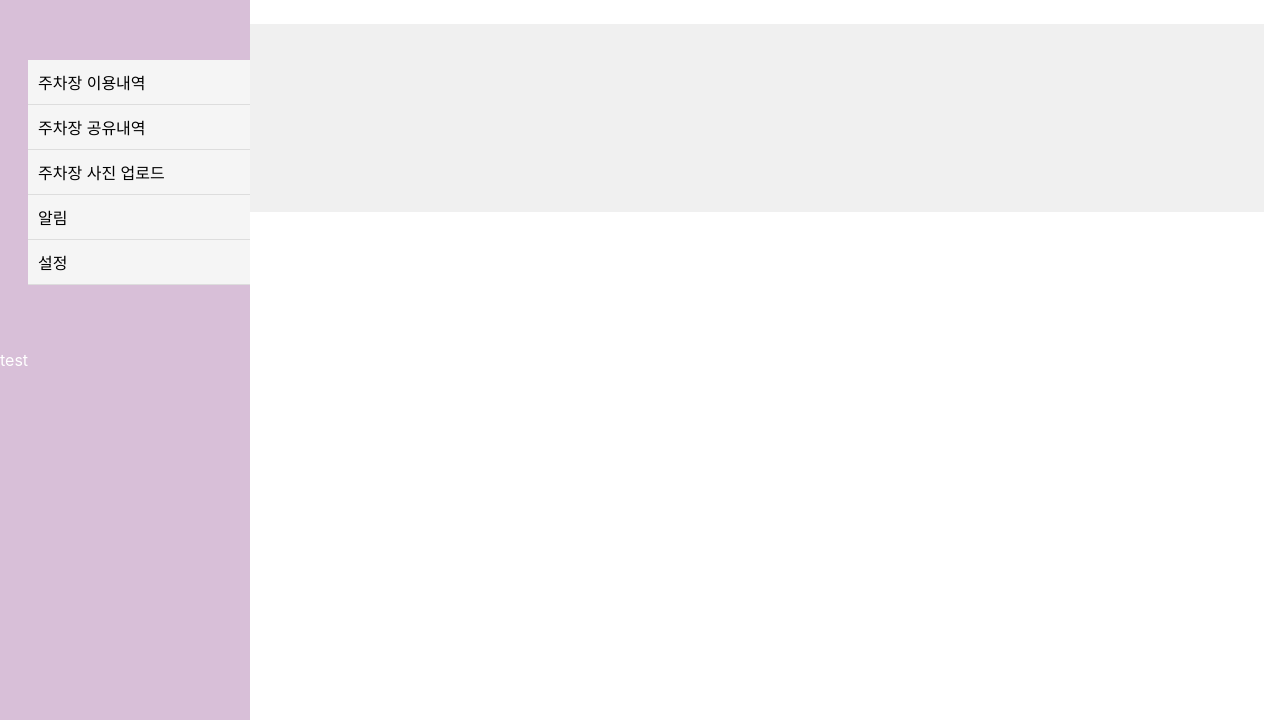
Repository: ohjjoa/reactTest
Page: /, after clicking the first element matching `img`
An editor plug-in stored every save of this project. The page is shown before and after the next save, followed by the edit.
The browser window is 1280 px wide. The pictures show the whole page.
The project was rebuilt for these pictures with package versions that can differ from the ones it lists, and the page was loaded fresh each time.

Above is the page before, as saved 2024-08-02 05:03:45.

### src/App.tsx
import { BrowserRouter as Router, Route, Routes } from 'react-router-dom';
import Home from './pages/Home';

function App() {
  return (
    <Router>
      <Routes>
        <Route path="/" element={<Home />} />
        {/* 다른 Route 추가 가능 */}
      </Routes>
    </Router>
  );
}

export default App;

### src/pages/Home/index.tsx
import React, { useState, useRef, useEffect } from 'react';
import { FixedSizeList as List } from 'react-window';
import { TestContainer, Sidebar, SidebarOpen } from './styles';
import icBurger from '../../assets/ic_burger.svg';

// 리스트 항목의 데이터
// const items = new Array(5).fill(null).map((_, index) => `Item ${index + 1}`);
// 리스트 항목의 데이터
const items = [
  '주차장 이용내역',
  '주차장 공유내역',
  '주차장 사진 업로드',
  '알림',
  '설정'
];

const Home = () => {
  const [sideBarOpen, setSideBarOpen] = useState(false);
  const sidebarRef = useRef<HTMLDivElement>(null);
  const backgroundRef = useRef<HTMLDivElement>(null);

  const burgerClick = () => {
    setSideBarOpen(!sideBarOpen);
  };

  const handleClickOutside = (event: MouseEvent | TouchEvent) => {
    if (
      sidebarRef.current &&
      !sidebarRef.current.contains(event.target as Node) &&
      backgroundRef.current &&
      !backgroundRef.current.contains(event.target as Node)
    ) {
      setSideBarOpen(false);
    }
  };

  useEffect(() => {
    const handleContextMenu = (event: MouseEvent) => {
      event.preventDefault(); // 기본 우클릭 메뉴 막기
      event.stopPropagation(); // 이벤트 전파 막기
      return false;
    };

    window.addEventListener('contextmenu', handleContextMenu);
    // 데스크탑 환경
    document.addEventListener('mousedown', handleClickOutside);
    // 모바일 환경
    document.addEventListener('touchstart', handleClickOutside);

    return () => {
      window.removeEventListener('contextmenu', handleContextMenu);
      document.removeEventListener('mousedown', handleClickOutside);
      document.removeEventListener('touchstart', handleClickOutside);
    };
  }, []);

  // 사이드바 아이템 렌더링
  const Row = ({ index, style }: { index: number; style: React.CSSProperties }) => (
    <div
    style={{
      backgroundColor: '#f5f5f5', // 아이템의 배경 색상
      padding: '10px', // 아이템의 패딩
      borderBottom: '1px solid #ddd', // 아이템 하단의 경계선 (선택 사항)
      boxSizing: 'border-box', // 패딩과 경계선이 요소의 전체 크기에 포함되도록
      color: '#000000'
    }}
  >
    {items[index]}
    </div>
  );

  return (
    <div ref={backgroundRef}>
      <TestContainer>
        <img
          src={icBurger}
          alt="Burger Icon"
          style={{
            maxWidth: '100%',
            height: 'auto',
            cursor: 'pointer',
            marginTop: '50px',
          }}
          onClick={burgerClick} // 클릭 이벤트로 사이드바 열기/닫기 처리
        />
      </TestContainer>

      {sideBarOpen && (
        <SidebarOpen ref={sidebarRef}>
          <div>test</div>
          <List
            height={600} // 사이드바의 높이
            itemCount={items.length} // 아이템 수
            itemSize={50} // 아이템의 높이
            width={250} // 사이드바의 너비
          >
            {Row}
          </List>
        </SidebarOpen>
      )}
      {!sideBarOpen && (
        <Sidebar ref={sidebarRef}>
          <div>Sidebar Content</div>
        </Sidebar>
      )}
    </div>
  );
};

export default Home;

### src/pages/Home/styles.tsx
import { styled } from '@stitches/react';

const TestContainer = styled('div', {
  paddingLeft: '16px',
  paddingRight: '16px',
  marginTop: '24px',
  paddingBottom: '110px',
  backgroundColor: '#f0f0f0',
  marginLeft: '16px',
  marginRight: '16px',
});

const Sidebar = styled('div', {
  position: 'fixed',
  top: 0,
  left: '-250px', // 사이드바가 화면 밖으로 숨겨져 있도록 설정
  width: '250px',
  height: '100%',
  backgroundColor: '#D8BFD8',
  color: 'white',
  transition: 'left 0.3s ease', // 애니메이션 효과
  display: 'flex',
  alignItems: 'center',
  justifyContent: 'center',
  zIndex: 1000, // 사이드바가 다른 요소 위에 오도록 설정
});

const SidebarOpen = styled(Sidebar, {
  left: 0, // 사이드바가 화면에 보이도록 설정
});


export { TestContainer, Sidebar, SidebarOpen };

Loaded but not shown: public/index.html (common file); src/index.tsx (common file); src/index.css (common file); src/reportWebVitals.ts (common file)

After the next save:
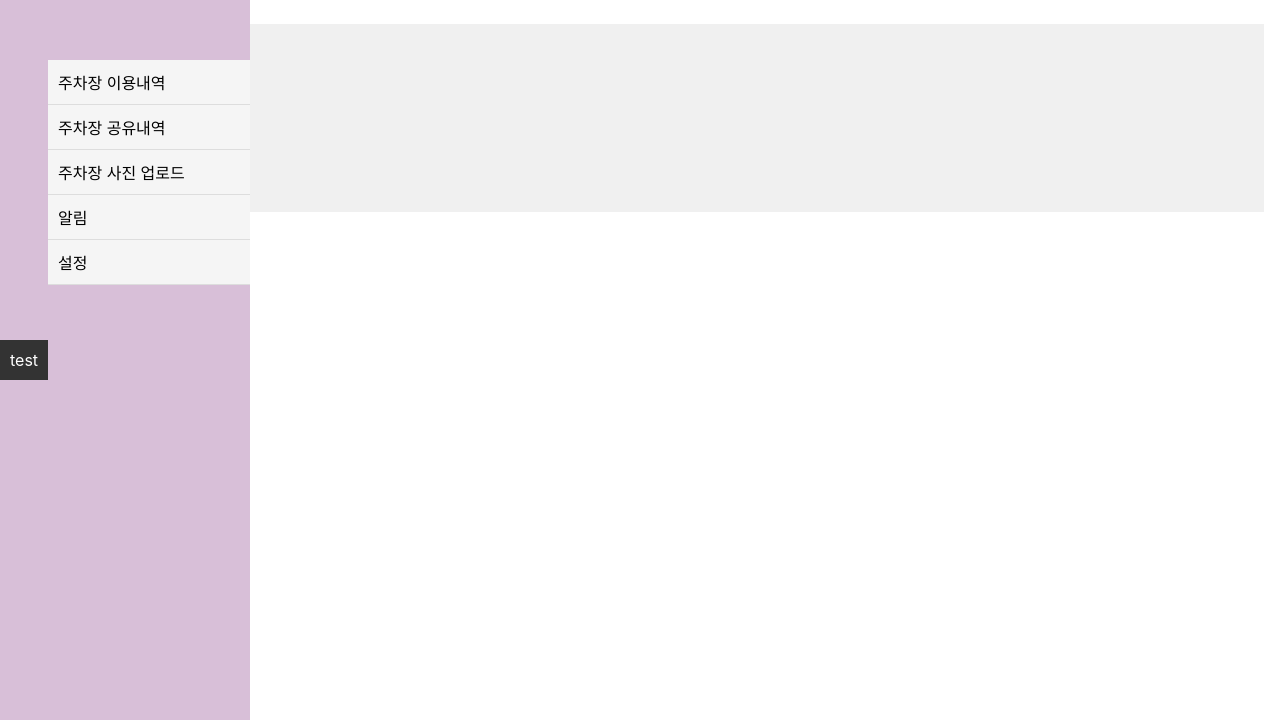
Saved 54 s later.
--- a/src/pages/Home/index.tsx
+++ b/src/pages/Home/index.tsx
@@ -87,7 +87,7 @@ const Home = () => {
 
       {sideBarOpen && (
         <SidebarOpen ref={sidebarRef}>
-          <div>test</div>
+          <div style={{ padding: '10px', backgroundColor: '#333', color: '#fff' }}>test</div>
           <List
             height={600} // 사이드바의 높이
             itemCount={items.length} // 아이템 수
